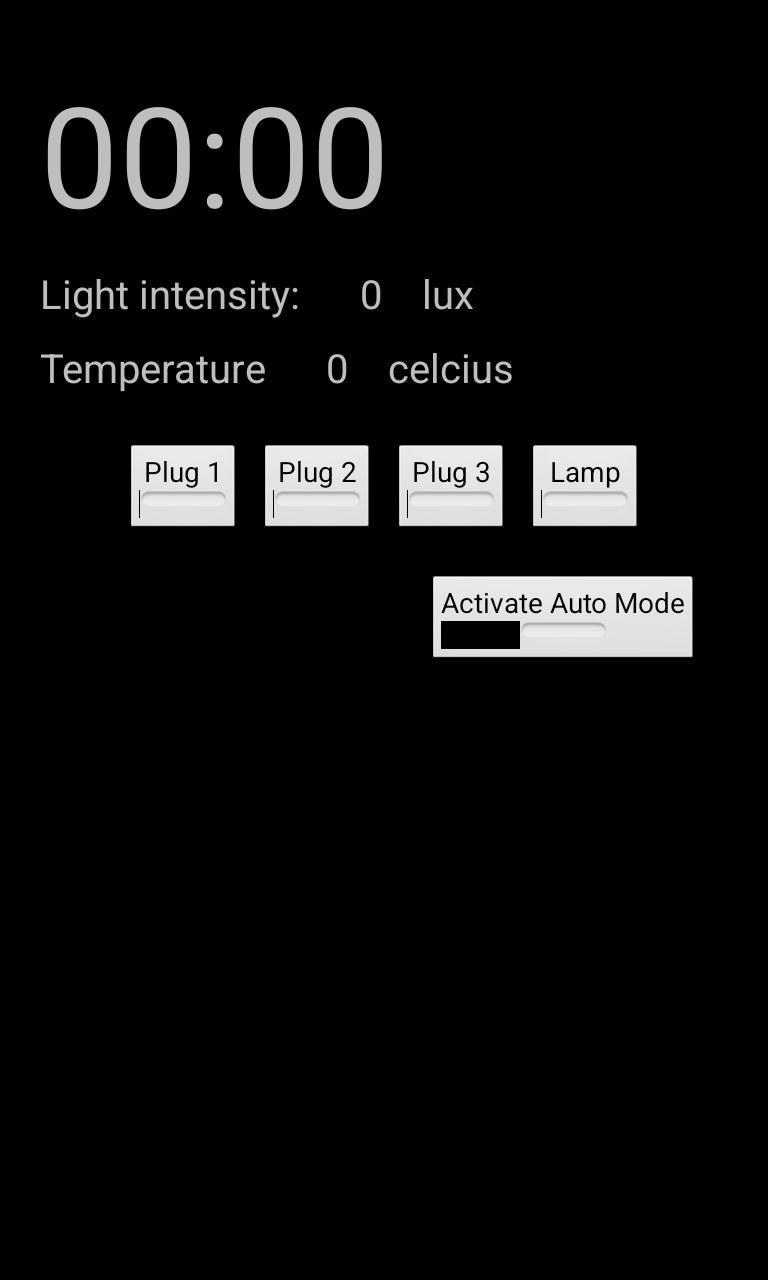
Repository: deanzaka/Shroom-Smart-Terminal
Layout: IOIOShroomST/res/layout/main.xml
An editor plug-in stored every save of this project. The layout is shown before and after the next save, followed by the edit.
It is drawn on a 768 x 1280 px phone screen (xhdpi) without system bars, with theme android:Theme; the app's code is not run.

Above is the layout before, as saved 2014-11-16 22:09:01.

### IOIOShroomST/res/layout/main.xml
<?xml version="1.0" encoding="utf-8"?>
<LinearLayout xmlns:android="http://schemas.android.com/apk/res/android"
    android:orientation="vertical"
    android:layout_width="fill_parent"
    android:layout_height="fill_parent">

    <RelativeLayout
		android:layout_width="match_parent"
		android:layout_height="wrap_content"
		android:orientation="horizontal"
		android:gravity="left"
		android:paddingTop="30dp">

        <TextView
		    android:id="@+id/DisplayTime"
		    android:layout_width="wrap_content"
		    android:layout_height="wrap_content"
		    android:paddingLeft="20dp"
		    android:text="00:00"
		    android:textSize="70sp" />

	</RelativeLayout>

	<RelativeLayout
		android:layout_width="match_parent"
		android:layout_height="wrap_content"
		android:orientation="horizontal"
		android:gravity="left"
		android:paddingTop="10dp">

		<TextView
		    android:id="@+id/LightLabel"
			android:text="@string/light_label"
			android:layout_width="wrap_content"
			android:layout_height="wrap_content"
			android:layout_alignParentLeft="true"
			android:paddingLeft="20dp"
			android:paddingRight="30dp"
			android:textSize="20sp"
			/>

		<TextView
		    android:id="@+id/LuxValue"
		    android:layout_width="wrap_content"
		    android:layout_height="wrap_content"
		    android:layout_toRightOf="@id/LightLabel"
		    android:paddingRight="20dp"
		    android:text="0"
		    android:textSize="20sp" />

		<TextView
			android:id="@+id/LuxLabel"
			android:text="@string/lux_label"
			android:layout_width="wrap_content"
			android:layout_height="wrap_content"
			android:layout_toRightOf="@id/LuxValue"
			android:textSize="20sp"
			/>
	</RelativeLayout>

	<RelativeLayout
		android:layout_width="wrap_content"
		android:layout_height="wrap_content"
		android:orientation="horizontal"
		android:gravity="left"
		android:paddingTop="10dp">

		<TextView
			android:id="@+id/TempLabel"
			android:text="@string/temp_label"
			android:layout_width="wrap_content"
			android:layout_height="wrap_content"
			android:paddingLeft="20dp"
			android:paddingRight="30dp"
			android:textSize="20sp"
			/>
		<TextView
			android:id="@+id/TempValue"
			android:text="0"
			android:layout_width="wrap_content"
			android:layout_height="wrap_content"
			android:layout_toRightOf="@id/TempLabel"
			android:paddingRight="20dp"
			android:textSize="20sp"
			/>
		<TextView
			android:id="@+id/CelLabel"
			android:text="@string/cel_label"
			android:layout_width="wrap_content"
			android:layout_height="wrap_content"
			android:layout_toRightOf="@id/TempValue"
			android:textSize="20sp"
			/>
	</RelativeLayout>

	<RelativeLayout
	    android:layout_width="match_parent"
		android:layout_height="wrap_content"
		android:orientation="horizontal"
		android:gravity="center_horizontal"
		android:paddingTop="20dp">

	    <ToggleButton
			android:id="@+id/Terminal1"
			android:layout_width="wrap_content"
			android:layout_height="wrap_content"
			android:layout_margin="5dp"
			android:text="@string/terminal_1"
			android:textOn="@string/terminal_1"
			android:textOff="@string/terminal_1"
			/>

		<ToggleButton
			android:id="@+id/Terminal2"
			android:layout_width="wrap_content"
			android:layout_height="wrap_content"
			android:layout_toRightOf="@id/Terminal1"
			android:layout_margin="5dp"
			android:text="@string/terminal_2"
			android:textOn="@string/terminal_2"
			android:textOff="@string/terminal_2"
			/>

		<ToggleButton
			android:id="@+id/Terminal3"
			android:layout_width="wrap_content"
			android:layout_height="wrap_content"
			android:layout_toRightOf="@id/Terminal2"
			android:layout_margin="5dp"
			android:text="@string/terminal_3"
			android:textOn="@string/terminal_3"
			android:textOff="@string/terminal_3"
			/>

		<ToggleButton
			android:id="@+id/Lamp"
			android:layout_width="wrap_content"
			android:layout_height="wrap_content"
			android:layout_toRightOf="@id/Terminal3"
			android:layout_margin="5dp"
			android:text="@string/lamp"
			android:textOn="@string/lamp"
			android:textOff="@string/lamp"
			/>
	</RelativeLayout>

	<RelativeLayout
	    android:layout_width="match_parent"
		android:layout_height="wrap_content"
		android:orientation="horizontal"
		android:gravity="right"
		android:paddingTop="10dp"
		android:paddingRight="30dp">

	    <ToggleButton
			android:id="@+id/AutoMode"
			android:layout_width="wrap_content"
			android:layout_height="wrap_content"
			android:layout_margin="5dp"
			android:text="@string/auto_label"
			android:textOn="Deactivate Auto Mode"
			android:textOff="Activate Auto Mode"
			/>
	</RelativeLayout>

	</LinearLayout>

### IOIOShroomST/res/values/strings.xml
<?xml version="1.0" encoding="utf-8"?>
<resources>
    <string name="app_name">Shroom - Smart Outlet</string>
    <string name="terminal_1">Plug 1</string>
    <string name="terminal_2">Plug 2</string>
    <string name="terminal_3">Plug 3</string>
    <string name="lamp">Lamp</string>

    <string name="light_label">Light intensity: </string>
    <string name="temp_label">Temperature</string>
    <string name="cel_label">celcius</string>
    <string name="lux_label">lux</string>

    <string name="auto_label">Auto Mode</string>




</resources>

After the next save:
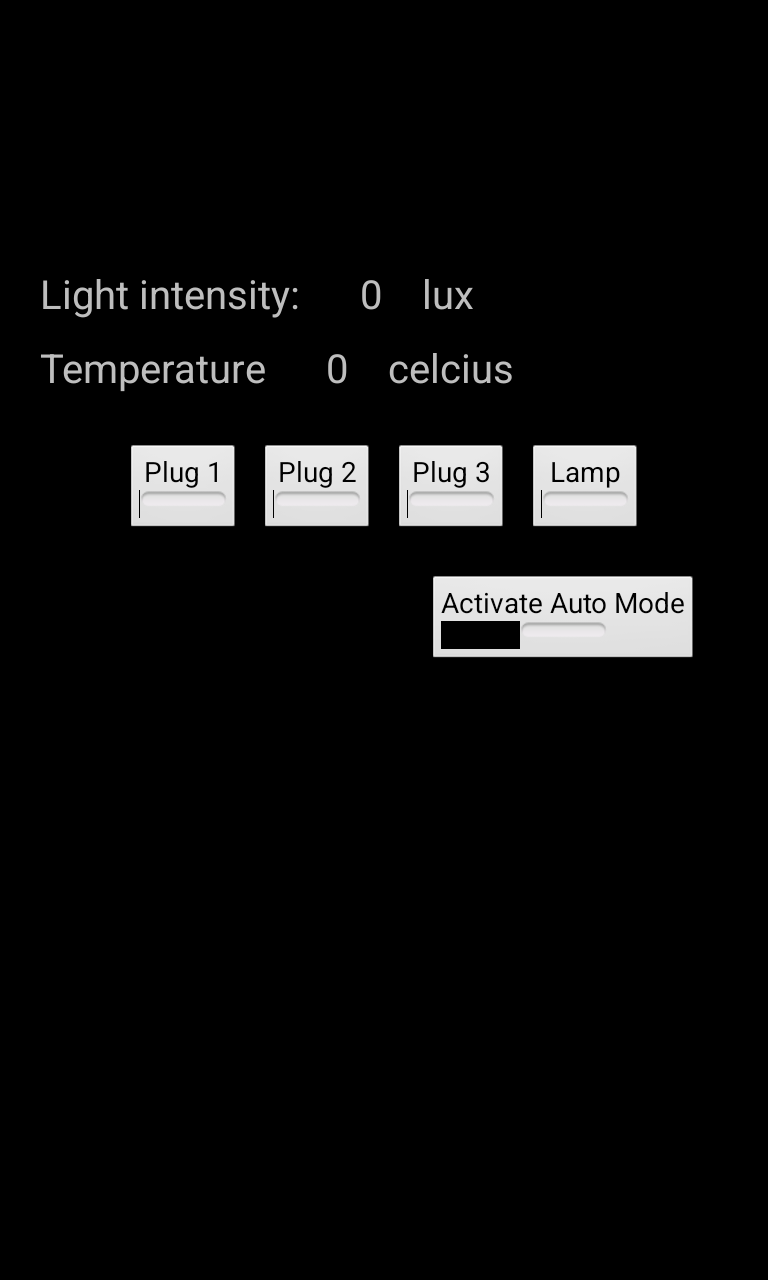
Saved 10 s later.
--- a/IOIOShroomST/res/layout/main.xml
+++ b/IOIOShroomST/res/layout/main.xml
@@ -16,7 +16,6 @@
 		    android:layout_width="wrap_content"
 		    android:layout_height="wrap_content"
 		    android:paddingLeft="20dp"
-		    android:text="00:00"
 		    android:textSize="70sp" />
 
 	</RelativeLayout>
